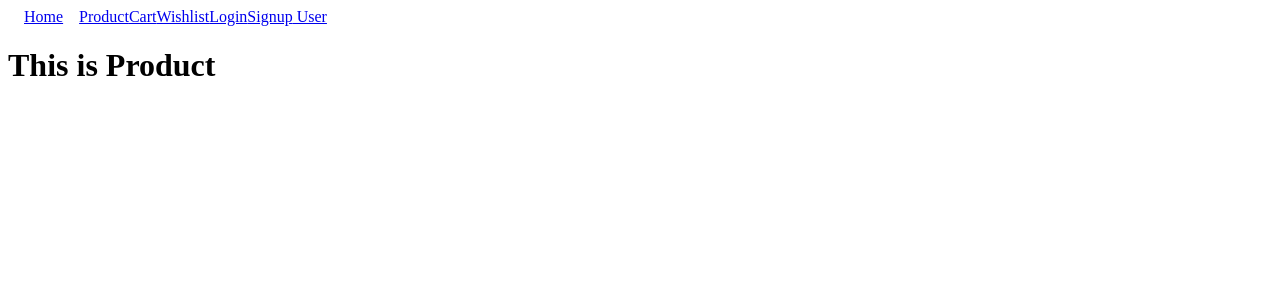
Repository: Irfan-vit/shoecase
Page: /product
These files come from the project's save history. The page is drawn as it stood at one moment and after the next save; the edit follows.
The browser window is 1280 px wide. The pictures show the whole page.
The page's requests for data from a server got no answer. The project was rebuilt for these pictures with package versions that can differ from the ones it lists, and the page was loaded fresh each time. No one was signed in, and anything a server would have sent is missing. Also part of the build but not shown: src/pages/home/HomePage.jsx, src/pages/cart/CartPage.jsx, src/pages/wishlist/WishlistPage.jsx, src/pages/Login/LoginPage.jsx, src/pages/Signup/SignupPage.jsx, src/pages/user/User.jsx, src/components/RequiresAuth.jsx.

Above is the page before, as saved 2023-05-19 19:45:09.

### src/index.js
import React from 'react'
import { createRoot } from 'react-dom/client'
import { BrowserRouter } from 'react-router-dom'
import { makeServer } from './server'
import App from './App'

import { AuthProvider } from './context/AuthContext'

// Call make Server
makeServer()

createRoot(document.getElementById('root')).render(
  <BrowserRouter>
    <AuthProvider>
      <App />
    </AuthProvider>
  </BrowserRouter>,
)

### src/server.js
import { Server, Model, RestSerializer } from 'miragejs'
import {
  loginHandler,
  signupHandler,
} from './backend/controllers/AuthController'
import {
  addItemToCartHandler,
  getCartItemsHandler,
  removeItemFromCartHandler,
  updateCartItemHandler,
} from './backend/controllers/CartController'
import {
  getAllCategoriesHandler,
  getCategoryHandler,
} from './backend/controllers/CategoryController'
import {
  getAllProductsHandler,
  getProductHandler,
} from './backend/controllers/ProductController'
import {
  addItemToWishlistHandler,
  getWishlistItemsHandler,
  removeItemFromWishlistHandler,
} from './backend/controllers/WishlistController'
import { categories } from './backend/db/categories'
import { products } from './backend/db/products'
import { users } from './backend/db/users'

export function makeServer({ environment = 'development' } = {}) {
  return new Server({
    serializers: {
      application: RestSerializer,
    },
    environment,
    models: {
      product: Model,
      category: Model,
      user: Model,
      cart: Model,
      wishlist: Model,
    },

    // Runs on the start of the server
    seeds(server) {
      // disballing console logs from Mirage
      server.logging = false
      products.forEach((item) => {
        server.create('product', { ...item })
      })

      users.forEach((item) =>
        server.create('user', { ...item, cart: [], wishlist: [] }),
      )

      categories.forEach((item) => server.create('category', { ...item }))
    },

    routes() {
      this.namespace = 'api'
      // auth routes (public)
      this.post('/auth/signup', signupHandler.bind(this))
      this.post('/auth/login', loginHandler.bind(this))

      // products routes (public)
      this.get('/products', getAllProductsHandler.bind(this))
      this.get('/products/:productId', getProductHandler.bind(this))

      // categories routes (public)
      this.get('/categories', getAllCategoriesHandler.bind(this))
      this.get('/categories/:categoryId', getCategoryHandler.bind(this))

      // cart routes (private)
      this.get('/user/cart', getCartItemsHandler.bind(this))
      this.post('/user/cart', addItemToCartHandler.bind(this))
      this.post('/user/cart/:productId', updateCartItemHandler.bind(this))
      this.delete('/user/cart/:productId', removeItemFromCartHandler.bind(this))

      // wishlist routes (private)
      this.get('/user/wishlist', getWishlistItemsHandler.bind(this))
      this.post('/user/wishlist', addItemToWishlistHandler.bind(this))
      this.delete(
        '/user/wishlist/:productId',
        removeItemFromWishlistHandler.bind(this),
      )
    },
  })
}

### src/App.jsx
import { useEffect } from 'react'
import { Routes, Route, Link } from 'react-router-dom'
import axios from 'axios'

import Home from './pages/Home/HomePage'
import Product from './pages/Product/ProductPage'
import Cart from './pages/Cart/CartPage'
import Wishlist from './pages/Wishlist/WishlistPage'
import Login from './pages/Login/LoginPage'
import Signup from './pages/Signup/SignupPage'
import User from './pages/user/User'

import RequiresAuth from './components/RequiresAuth'

function App() {
  async function getCat() {
    const res = await axios.get('/api/products')
    const dat = res.data.products
    console.log(dat)
  }
  useEffect(() => {
    getCat()
  }, [])

  return (
    <div className="App">
      <nav>
        <Link style={{ padding: '1rem' }} to="/">
          Home
        </Link>
        <Link to="/product">Product</Link>
        <Link to="/cart">Cart</Link>
        <Link to="/wishlist">Wishlist</Link>
        <Link to="/login">Login</Link>
        <Link to="/signup">Signup</Link>
        <Link to="/user"> User </Link>
      </nav>
      <Routes>
        <Route path="/" element={<Home />} />
        <Route path="/product" element={<Product />} />
        <Route path="/wishlist" element={<Wishlist />} />
        <Route path="/login" element={<Login />} />
        <Route path="/signup" element={<Signup />} />
        <Route path="/user" element={<User />} />
        <Route
          path="/cart"
          element={
            <RequiresAuth>
              <Cart />
            </RequiresAuth>
          }
        />
      </Routes>
    </div>
  )
}

export default App

### src/context/AuthContext.jsx
import { createContext, useContext, useEffect, useState } from 'react'
import { useNavigate, useLocation } from 'react-router-dom'
import axios from 'axios'

const AuthContext = createContext()

const AuthProvider = ({ children }) => {
  const navigate = useNavigate()
  const location = useLocation()
  const [token, setToken] = useState(localStorage.getItem('token'))

  async function getUser({ email, password }, e) {
    try {
      e.preventDefault()
      const res = await axios.post(
        `/api/auth/login`,
        JSON.stringify({
          email,
          password,
        }),
      )
      console.log(res.data)
      localStorage.setItem('token', await JSON.stringify(res.data))
      setToken(localStorage.getItem('token'))
      console.log(token)
      navigate(location.state.from.pathname, { replace: true })
    } catch {
      console.error('invalid Credentials')
    }
  }

  async function setUser({ email, password, address }, e) {
    try {
      e.preventDefault()
      const res = await axios.post(`/api/auth/signup`, {
        email,
        password,
      })
      localStorage.setItem('token', await JSON.stringify(res.data))
      setToken(localStorage.getItem('token'))
      console.log(JSON.parse(token))
      navigate('/')
    } catch {
      console.error('invalid signup')
    }
  }
  return (
    <AuthContext.Provider value={{ getUser, setUser, token }}>
      {children}
    </AuthContext.Provider>
  )
}

const useAuth = () => useContext(AuthContext)

export { AuthProvider, useAuth }

### src/backend/controllers/AuthController.js
import { v4 as uuid } from "uuid";
import { Response } from "miragejs";
import { formatDate } from "../utils/authUtils";
const sign = require("jwt-encode");
/**
 * All the routes related to Auth are present here.
 * These are Publicly accessible routes.
 * */

/**
 * This handler handles user signups.
 * send POST Request at /api/auth/signup
 * body contains {firstName, lastName, email, password}
 * */

export const signupHandler = function (schema, request) {
  const { email, password, ...rest } = JSON.parse(request.requestBody);
  try {
    // check if email already exists
    const foundUser = schema.users.findBy({ email });
    if (foundUser) {
      return new Response(
        422,
        {},
        {
          errors: ["Unprocessable Entity. Email Already Exists."],
        }
      );
    }
    const _id = uuid();
    const newUser = {
      _id,
      email,
      password,
      createdAt: formatDate(),
      updatedAt: formatDate(),
      ...rest,
      cart: [],
      wishlist: [],
    };
    const createdUser = schema.users.create(newUser);
    const encodedToken = sign({ _id, email }, process.env.REACT_APP_JWT_SECRET);
    return new Response(201, {}, { createdUser, encodedToken });
  } catch (error) {
    return new Response(
      500,
      {},
      {
        error,
      }
    );
  }
};

/**
 * This handler handles user login.
 * send POST Request at /api/auth/login
 * body contains {email, password}
 * */

export const loginHandler = function (schema, request) {
  const { email, password } = JSON.parse(request.requestBody);
  try {
    const foundUser = schema.users.findBy({ email });
    if (!foundUser) {
      return new Response(
        404,
        {},
        { errors: ["The email you entered is not Registered. Not Found error"] }
      );
    }
    if (password === foundUser.password) {
      const encodedToken = sign(
        { _id: foundUser._id, email },
        process.env.REACT_APP_JWT_SECRET
      );
      foundUser.password = undefined;
      return new Response(200, {}, { foundUser, encodedToken });
    }
    return new Response(
      401,
      {},
      {
        errors: [
          "The credentials you entered are invalid. Unauthorized access error.",
        ],
      }
    );
  } catch (error) {
    return new Response(
      500,
      {},
      {
        error,
      }
    );
  }
};

### src/backend/controllers/CartController.js
import { Response } from "miragejs";
import { formatDate, requiresAuth } from "../utils/authUtils";

/**
 * All the routes related to Cart are present here.
 * These are private routes.
 * Client needs to add "authorization" header with JWT token in it to access it.
 * */

/**
 * This handler handles getting items to user's cart.
 * send GET Request at /api/user/cart
 * */
export const getCartItemsHandler = function (schema, request) {
  const userId = requiresAuth.call(this, request);
  if (!userId) {
    return new Response(
      404,
      {},
      {
        errors: ["The email you entered is not Registered. Not Found error"],
      }
    );
  }
  const userCart = schema.users.findBy({ _id: userId }).cart;
  return new Response(200, {}, { cart: userCart });
};

/**
 * This handler handles adding items to user's cart.
 * send POST Request at /api/user/cart
 * body contains {product}
 * */

export const addItemToCartHandler = function (schema, request) {
  const userId = requiresAuth.call(this, request);
  try {
    if (!userId) {
      return new Response(
        404,
        {},
        {
          errors: ["The email you entered is not Registered. Not Found error"],
        }
      );
    }
    const userCart = schema.users.findBy({ _id: userId }).cart;
    const { product } = JSON.parse(request.requestBody);
    userCart.push({
      ...product,
      createdAt: formatDate(),
      updatedAt: formatDate(),
      qty: 1,
    });
    this.db.users.update({ _id: userId }, { cart: userCart });
    return new Response(201, {}, { cart: userCart });
  } catch (error) {
    return new Response(
      500,
      {},
      {
        error,
      }
    );
  }
};

/**
 * This handler handles removing items to user's cart.
 * send DELETE Request at /api/user/cart/:productId
 * */

export const removeItemFromCartHandler = function (schema, request) {
  const userId = requiresAuth.call(this, request);
  try {
    if (!userId) {
      return new Response(
        404,
        {},
        {
          errors: ["The email you entered is not Registered. Not Found error"],
        }
      );
    }
    let userCart = schema.users.findBy({ _id: userId }).cart;
    const productId = request.params.productId;
    userCart = userCart.filter((item) => item._id !== productId);
    this.db.users.update({ _id: userId }, { cart: userCart });
    return new Response(200, {}, { cart: userCart });
  } catch (error) {
    return new Response(
      500,
      {},
      {
        error,
      }
    );
  }
};

/**
 * This handler handles adding items to user's cart.
 * send POST Request at /api/user/cart/:productId
 * body contains {action} (whose 'type' can be increment or decrement)
 * */

export const updateCartItemHandler = function (schema, request) {
  const productId = request.params.productId;
  const userId = requiresAuth.call(this, request);
  try {
    if (!userId) {
      return new Response(
        404,
        {},
        {
          errors: ["The email you entered is not Registered. Not Found error"],
        }
      );
    }
    const userCart = schema.users.findBy({ _id: userId }).cart;
    const { action } = JSON.parse(request.requestBody);
    if (action.type === "increment") {
      userCart.forEach((product) => {
        if (product._id === productId) {
          product.qty += 1;
          product.updatedAt = formatDate();
        }
      });
    } else if (action.type === "decrement") {
      userCart.forEach((product) => {
        if (product._id === productId) {
          product.qty -= 1;
          product.updatedAt = formatDate();
        }
      });
    }
    this.db.users.update({ _id: userId }, { cart: userCart });
    return new Response(200, {}, { cart: userCart });
  } catch (error) {
    return new Response(
      500,
      {},
      {
        error,
      }
    );
  }
};

### src/backend/controllers/CategoryController.js
import { Response } from "miragejs";

/**
 * All the routes related to Category are present here.
 * These are Publicly accessible routes.
 * */

/**
 * This handler handles gets all categories in the db.
 * send GET Request at /api/categories
 * */

export const getAllCategoriesHandler = function () {
  try {
    return new Response(200, {}, { categories: this.db.categories });
  } catch (error) {
    return new Response(
      500,
      {},
      {
        error,
      }
    );
  }
};

/**
 * This handler handles gets all categories in the db.
 * send GET Request at /api/user/category/:categoryId
 * */

export const getCategoryHandler = function (schema, request) {
  const categoryId = request.params.categoryId;
  try {
    const category = schema.categories.findBy({ _id: categoryId });
    return new Response(200, {}, { category });
  } catch (error) {
    return new Response(
      500,
      {},
      {
        error,
      }
    );
  }
};

### src/backend/controllers/ProductController.js
import { Response } from "miragejs";

/**
 * All the routes related to Product are present here.
 * These are Publicly accessible routes.
 * */

/**
 * This handler handles gets all products in the db.
 * send GET Request at /api/products
 * */

export const getAllProductsHandler = function () {
  return new Response(200, {}, { products: this.db.products });
};

/**
 * This handler handles gets all products in the db.
 * send GET Request at /api/user/products/:productId
 * */

export const getProductHandler = function (schema, request) {
  const productId = request.params.productId;
  try {
    const product = schema.products.findBy({ _id: productId });
    return new Response(200, {}, { product });
  } catch (error) {
    return new Response(
      500,
      {},
      {
        error,
      }
    );
  }
};

### src/backend/controllers/WishlistController.js
import { Response } from "miragejs";
import { formatDate, requiresAuth } from "../utils/authUtils";

/**
 * All the routes related to Wishlist are present here.
 * These are private routes.
 * Client needs to add "authorization" header with JWT token in it to access it.
 * */

/**
 * This handler handles getting items to user's wishlist.
 * send GET Request at /api/user/wishlist
 * */

export const getWishlistItemsHandler = function (schema, request) {
  const userId = requiresAuth.call(this, request);
  if (!userId) {
    return new Response(
      404,
      {},
      {
        errors: ["The email you entered is not Registered. Not Found error"],
      }
    );
  }
  const userWishlist = schema.users.findBy({ _id: userId }).wishlist;
  return new Response(200, {}, { wishlist: userWishlist });
};

/**
 * This handler handles adding items to user's wishlist.
 * send POST Request at /api/user/wishlist
 * body contains {product}
 * */

export const addItemToWishlistHandler = function (schema, request) {
  const userId = requiresAuth.call(this, request);
  try {
    if (!userId) {
      return new Response(
        404,
        {},
        {
          errors: ["The email you entered is not Registered. Not Found error"],
        }
      );
    }
    const userWishlist = schema.users.findBy({ _id: userId }).wishlist;
    const { product } = JSON.parse(request.requestBody);
    userWishlist.push({
      ...product,
      createdAt: formatDate(),
      updatedAt: formatDate(),
    });
    this.db.users.update({ _id: userId }, { wishlist: userWishlist });
    return new Response(201, {}, { wishlist: userWishlist });
  } catch (error) {
    return new Response(
      500,
      {},
      {
        error,
      }
    );
  }
};

/**
 * This handler handles removing items to user's wishlist.
 * send DELETE Request at /api/user/wishlist
 * body contains {product}
 * */

export const removeItemFromWishlistHandler = function (schema, request) {
  const userId = requiresAuth.call(this, request);
  try {
    if (!userId) {
      return new Response(
        404,
        {},
        {
          errors: ["The email you entered is not Registered. Not Found error"],
        }
      );
    }
    let userWishlist = schema.users.findBy({ _id: userId }).wishlist;
    const productId = request.params.productId;
    userWishlist = userWishlist.filter((item) => item._id !== productId);
    this.db.users.update({ _id: userId }, { wishlist: userWishlist });
    return new Response(200, {}, { wishlist: userWishlist });
  } catch (error) {
    return new Response(
      500,
      {},
      {
        error,
      }
    );
  }
};

### src/backend/db/categories.js
import { v4 as uuid } from 'uuid'
import { casual, fitness, track, sports } from '../../assets/assetsServer'
/**
 * Category Database can be added here.
 * You can add category of your wish with different attributes
 * */

export const categories = [
  {
    _id: uuid(),
    categoryName: 'casual',
    imgSrc: casual,
  },
  {
    _id: uuid(),
    categoryName: 'sports',
    imgSrc: sports,
  },
  {
    _id: uuid(),
    categoryName: 'fitness',
    imgSrc: fitness,
  },
  {
    _id: uuid(),
    categoryName: 'track',
    imgSrc: track,
  },
]

### src/backend/db/products.js
import { v4 as uuid } from 'uuid'
import {
  casualT1,
  casualT2,
  fitnessT1,
  fitnessT2,
  trackT1,
  trackT2,
  sportsT1,
  sportsT2,
} from '../../assets/assetsServer'
/**
 * Product Database can be added here.
 * You can add products of your wish with different attributes
 * */

export const products = [
  {
    _id: uuid(),
    isFeatured: false,
    title: 'Vans Old Skool',
    price: '5499',
    categoryName: 'casual',
    inWishlist: true,
    inCart: true,
    imgSrc: casualT1,
    rating: 4.5,
  },
  {
    _id: uuid(),
    isFeatured: true,
    title: 'Adidas Gazelle',
    price: '7799',
    categoryName: 'casual',
    inWishlist: false,
    inCart: false,
    imgSrc: casualT2,
    rating: 3.0,
  },
  {
    _id: uuid(),
    isFeatured: false,
    title: 'Mizuno sneakers',
    price: '13912',
    categoryName: 'fitness',
    inWishlist: false,
    inCart: false,
    imgSrc: fitnessT1,
    rating: 3.5,
  },
  {
    _id: uuid(),
    isFeatured: true,
    title: 'Reebok Hexaffect',
    price: '7999',
    categoryName: 'fitness',
    inWishlist: false,
    inCart: false,
    imgSrc: fitnessT2,
    rating: 3.0,
  },
  {
    _id: uuid(),
    isFeatured: true,
    title: 'Brroks Hyperion Max',
    price: '5999',
    categoryName: 'track',
    inWishlist: false,
    inCart: false,
    imgSrc: trackT1,
    rating: 3.5,
  },
  {
    _id: uuid(),
    isFeatured: false,
    title: 'Air Zoom Pegasus',
    price: '8996',
    categoryName: 'track',
    inWishlist: false,
    inCart: false,
    imgSrc: trackT2,
    rating: 4.5,
  },
  {
    _id: uuid(),
    isFeatured: true,
    title: 'New Balance Revlitye',
    price: '5890',
    categoryName: 'sports',
    inWishlist: false,
    inCart: false,
    imgSrc: sportsT1,
    rating: 4,
  },
  {
    _id: uuid(),
    isFeatured: false,
    title: 'Hummel Liga GK',
    price: '7199',
    categoryName: 'sports',
    inWishlist: false,
    inCart: false,
    imgSrc: sportsT2,
    rating: 3.5,
  },
]

### src/backend/db/users.js
import { v4 as uuid } from 'uuid'
import { formatDate } from '../utils/authUtils'
/**
 * User Database can be added here.
 * You can add default users of your wish with different attributes
 * Every user will have cart (Quantity of all Products in Cart is set to 1 by default), wishList by default
 * */

export const users = [
  {
    _id: uuid(),
    firstName: 'Adarsh',
    lastName: 'Balika',
    email: 'adarshbalika@gmail.com',
    password: 'adarshbalika',
    address: {
      building: 'at building',
      area: 'at area',
      city: 'at city',
      pincode: 'at code',
    },
    createdAt: formatDate(),
    updatedAt: formatDate(),
  },
  {
    _id: uuid(),
    firstName: 'Adarsh',
    lastName: 'Balika',
    email: 'balika@gmail.com',
    password: 'balika',
    address: {
      building: 'at building',
      area: 'at area',
      city: 'at city',
      pincode: 'at code',
    },
    createdAt: formatDate(),
    updatedAt: formatDate(),
  },
]

### src/pages/Product/ProductPage.jsx
const Product = () => {
  return (
    <>
      <h1>This is Product</h1>
    </>
  )
}

export default Product

### src/assets/assetsServer.js
import casual from './images/casual.jpg'
import casualT1 from './images/casualT1.jpg'
import casualT2 from './images/casualT2.jpg'
import fitness from './images/fitness.jpg'
import fitnessT1 from './images/fitnessT1.jpg'
import fitnessT2 from './images/fitnessT2.jpg'
import track from './images/track.jpg'
import trackT1 from './images/trackT1.jpg'
import trackT2 from './images/trackT2.jpg'
import sports from './images/sports.jpg'
import sportsT1 from './images/sportsT1.jpg'
import sportsT2 from './images/sportsT2.jpg'
import men from './images/men.jpg'
import mensT1 from './images/mensT1.jpg'
import mensT2 from './images/mensT2.jpg'
import women from './images/women.jpg'
import womensT1 from './images/womensT1.jpg'
import womensT2 from './images/womensT2.jpg'

export {
  casual,
  casualT1,
  casualT2,
  fitness,
  fitnessT1,
  fitnessT2,
  track,
  trackT1,
  trackT2,
  sports,
  sportsT1,
  sportsT2,
  men,
  mensT1,
  mensT2,
  women,
  womensT1,
  womensT2,
}

Loaded but not shown: public/index.html (common file); src/backend/utils/authUtils.js (common file)

After the next save:
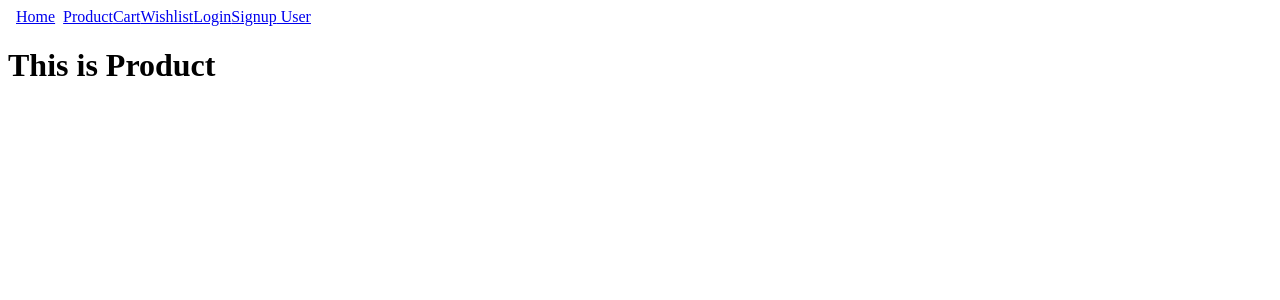
Saved 6 s later.
--- a/src/App.jsx
+++ b/src/App.jsx
@@ -25,7 +25,7 @@ function App() {
   return (
     <div className="App">
       <nav>
-        <Link style={{ padding: '1rem' }} to="/">
+        <Link style={{ padding: '0.5rem' }} to="/">
           Home
         </Link>
         <Link to="/product">Product</Link>
